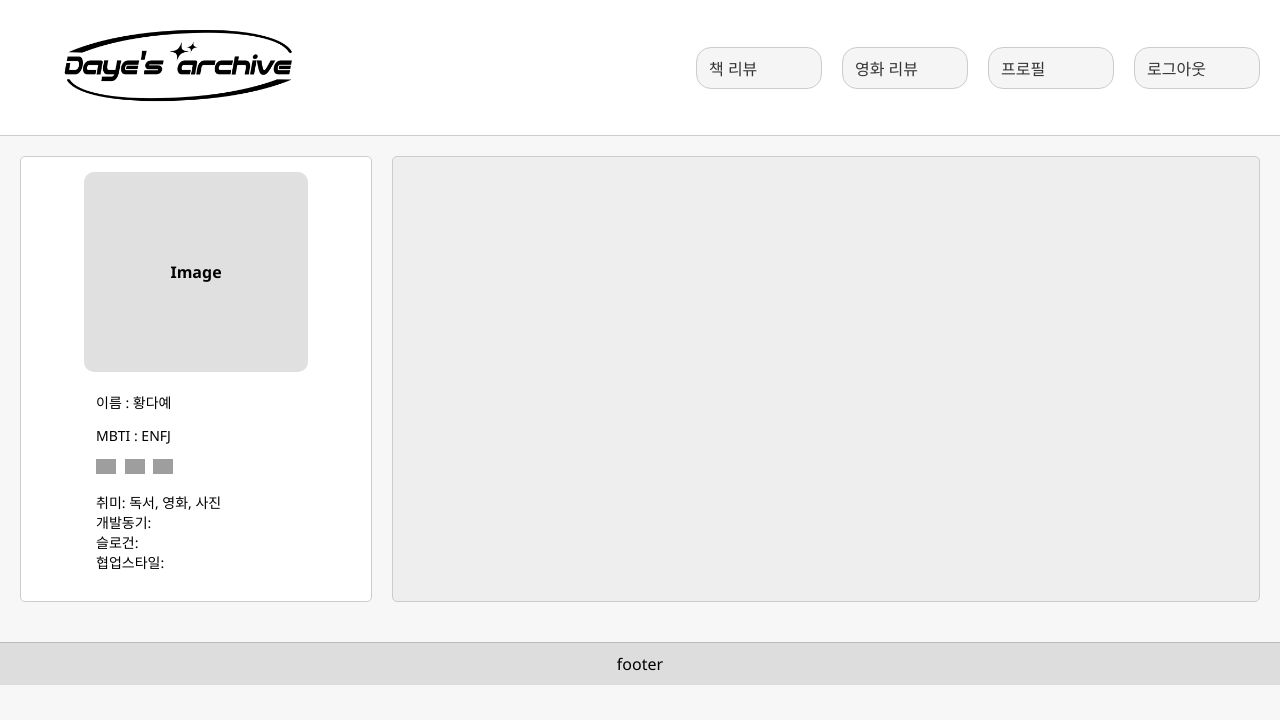
Repository: HWANG-DAYE/spring_project
Page: http://localhost/daye_archive/WEB-INF/views/main.jsp
The author's editor kept a copy of each file at every save. The page is drawn from the files as they stood at one save, then again after the next save.
The browser window is 1280 px wide. The pictures show the whole page.
Pictures or frames that could not be fetched are drawn as grey boxes. The page is served by Tomcat 9. Nobody is signed in. Other server files are loaded and not shown. The template is opened directly, without the code that normally fills it, so the values that code supplies are empty.

Above is the page before, as saved 2025-08-06 06:06:07.

### daye_archive/src/main/webapp/WEB-INF/views/main.jsp
<%@ page language="java" contentType="text/html; charset=UTF-8"
	pageEncoding="UTF-8"%>
<%@ taglib uri="http://java.sun.com/jsp/jstl/core" prefix="c"%>
<!DOCTYPE html>
<html lang="ko">
<head>
<meta charset="UTF-8">
<title>메인 페이지</title>
<style>
body {
	margin: 10px;
	font-family: 'Segoe UI', Tahoma, Geneva, Verdana, sans-serif;
	background-color: #f7f7f7;
}

header {
	display: flex;
	justify-content: space-between;
	align-items: center;
	padding: 10px 20px;
	background-color: #ffffff;
	border-bottom: 1px solid #ccc;
}


.container {
	display: flex;
	padding: 20px;
}

.profile {
	width: 320px;
	background-color: #fff;
	border: 1px solid #ccc;
	padding: 15px;
	border-radius: 5px;
	margin-right: 20px;
	text-align: center;
	align-items: center;
}

.profile .image-box {
	width: 70%;
	height: 200px;
	background-color: #e0e0e0;
	border-radius: 10px;
	margin: 0 auto 10px; /* 가운데 정렬을 위해 수정 */
	display: flex;
	justify-content: center;
	align-items: center;
	font-weight: bold;
}

.profile .info {
	text-align: left;
	font-size: 14px;
	margin-top: 20px;
	margin-left: 60px;
}

.profile .sns {
	margin: 8px 0;
}

.profile .sns img {
	width: 20px;
	margin-right: 5px;
}

.content {
	flex: 1;
	background-color: #eeeeee;
	border: 1px solid #ccc;
	border-radius: 5px;
	min-height: 400px;
}

footer {
	text-align: center;
	padding: 10px;
	background-color: #ddd;
	border-top: 1px solid #bbb;
	margin-top: 20px;
}
</style>
</head>
<body>

	<header>
		<jsp:include page="navi.jsp" />
	</header>

	<div class="container">
		<div class="profile">
			<div class="image-box">Image</div>
			<div class="info">
				<p>이름 : 황다예</p>
				<p>MBTI : ENFJ</p>
				<div class="sns">
					<img src="img/github.png" alt="GitHub"> <img
						src="img/velog.png" alt="Velog"> <img src="img/notion.png"
						alt="Notion">
				</div>
				<p>
					취미: 독서, 영화, 사진<br> 개발동기: <br> 슬로건: <br> 협업스타일:
				</p>
			</div>
		</div>

		<div class="content">
			<!-- 중앙 컨텐츠 영역 -->
		</div>
	</div>

	<footer> footer </footer>

</body>
</html>

### daye_archive/src/main/webapp/WEB-INF/views/navi.jsp
<%@ page language="java" contentType="text/html; charset=UTF-8"
	pageEncoding="UTF-8"%>
<!DOCTYPE html>
<html>
<head>
<meta charset="UTF-8">
<title>Insert title here</title>
<style>
body {
	margin: 0;
	font-family: 'Segoe UI', Tahoma, Geneva, Verdana, sans-serif;
	background-color: #f7f7f7;
}

header {
	display: flex;
	align-items: center;
	padding: 10px 20px;
	background-color: #ffffff;
	border-bottom: 1px solid #ccc;
}

.logo-img {
	height: 80px;
	padding: 15px 40px;
	object-fit: contain;
}

.container {
	display: flex;
	padding: 20px;
}

.nav-links {
	display: flex;
	gap: 20px;
}

.nav-links a {
	width: 100px;
	heigh: 50px;
	text-decoration: none;
	color: #333;
	padding: 8px 12px;
	border-radius: 15px;
	border: 1px solid #ccc;
	background-color: #f5f5f5;
	transition: background-color 0.2s;
}

.nav-links a:hover {
	background-color: #e0e0e0;
}
</style>
</head>
<body>
	<!-- navi.jsp -->
	<div class="logo">
		<a href="main.jsp"> <img
			src="${pageContext.request.contextPath}/resources/images/logo1.png"
			alt="Logo" class="logo-img">
		</a>
	</div>

	<nav class="nav-links">
		<a href="bookList.jsp">책 리뷰</a> <a href="movieList.jsp">영화 리뷰</a> <a
			href="profile.jsp">프로필</a> <a href="logout.jsp">로그아웃</a>
	</nav>


</body>
</html>

After the next save:
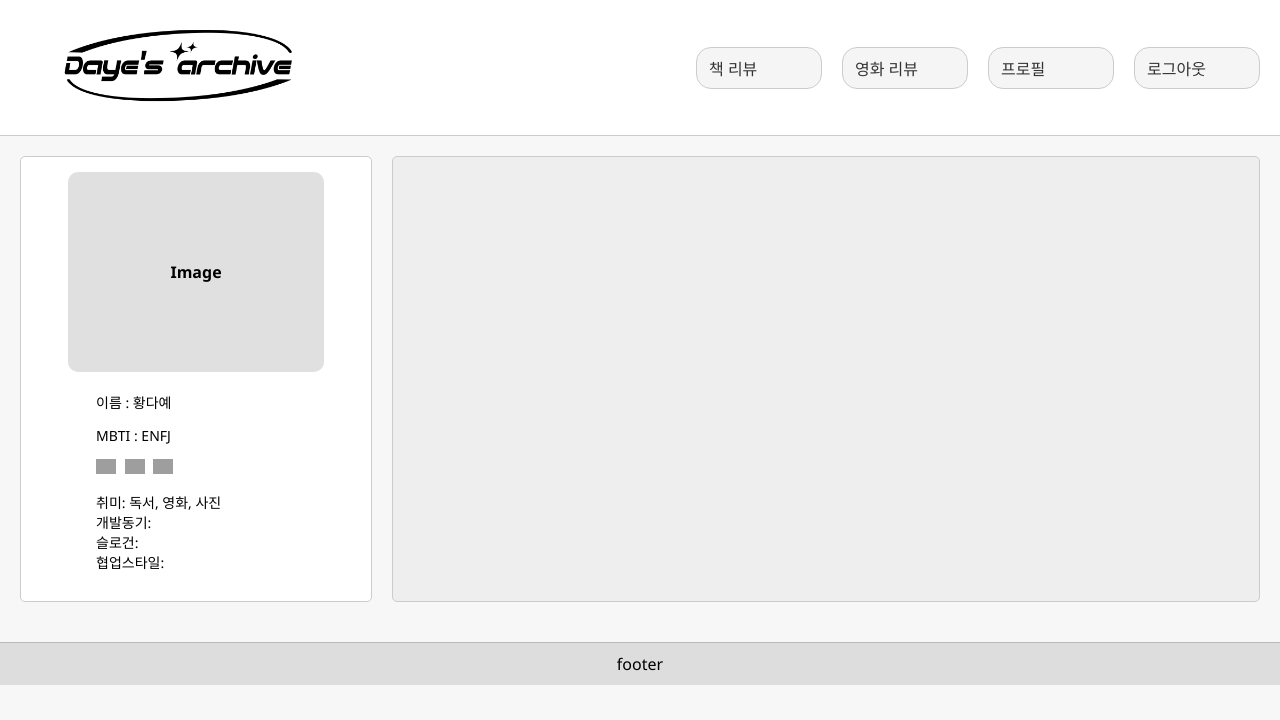
Saved 13 s later.
--- a/daye_archive/src/main/webapp/WEB-INF/views/main.jsp
+++ b/daye_archive/src/main/webapp/WEB-INF/views/main.jsp
@@ -40,7 +40,7 @@ header {
 }
 
 .profile .image-box {
-	width: 70%;
+	width: 80%;
 	height: 200px;
 	background-color: #e0e0e0;
 	border-radius: 10px;
